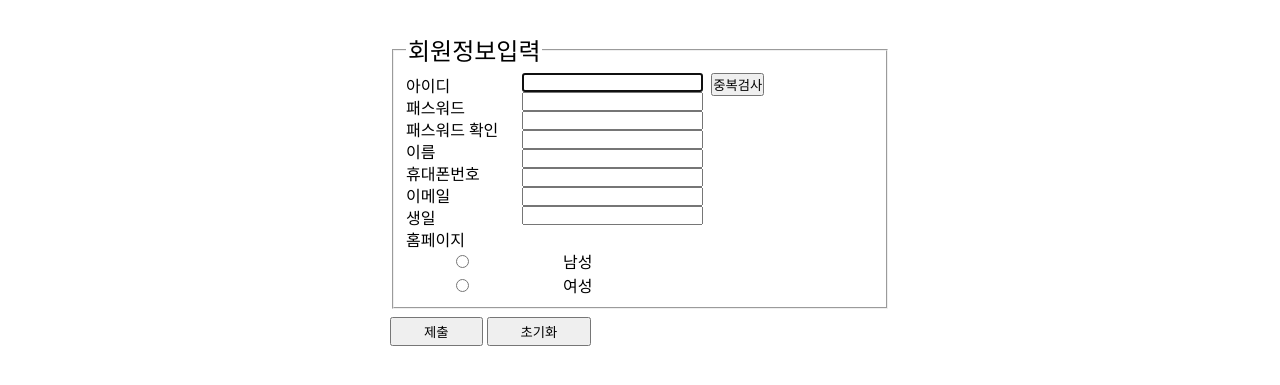
Repository: saysang22/servlet
Page: http://localhost/BookMarket/validationExample.jsp
The author's editor kept a copy of each file at every save. The page is drawn from the files as they stood at one save, then again after the next save.
The browser window is 1280 px wide. The pictures show the whole page.
The page is served by Tomcat 10. Other server files are loaded and not shown.

Above is the page before, as saved 2024-05-31 08:14:43.

### BookMarket/src/main/webapp/validationExample.jsp
<%@ page language="java" contentType="text/html; charset=UTF-8"
    pageEncoding="UTF-8"%>
<!DOCTYPE html>
<html>
<head>
<meta charset="UTF-8">
<title>유효성 검사</title>
<link rel="stylesheet" href="./resources/css/validationExample.css"></link>
</head>
<body onload="signUp.id.focus()">
	<form method="post" action="#" name="signUp">
		<fieldset>
			<legend>회원정보입력</legend>
			<div class="wrap">
				<ul class="firstUl">
					<li><label for="id">아이디</label></li>
					<li><label for="passwd">패스워드</label></li>
					<li><label for="passwdCk">패스워드 확인</label></li>
					<li><label for="name">이름</label></li>
					<li><label for="tel">휴대폰번호</label></li>
					<li><label for="email">이메일</label></li>
					<li><label for="birth">생일</label></li>
					<li><label for="home">홈페이지</label></li>
				</ul>
				<ul class="lastUl">
					<li><input type="text" name="id" id="id"></li>
					<li><input type="text" name="passwd" id="passwd"></li>
					<li><input type="text" name ="passwdCk" id="passwdCk"></li>
					<li><input type="text" name="name" id="name"></li>
					<li><input type="text" name="tel" id="tel"></li>
					<li><input type="text" name="email" id="email"></li>
					<li><input type="text" name="birth" id="birth"></li>
					<li><input type="text" name="home" id="home"></li>
				</ul>
				<div class="idCkWrap">
					<input type="button" value="중복검사">
				</div>
			</div>
			<div class="radioWrap">
				<ul>
					<li>
						<input type="radio" name="gender" id="man" >
						<label for="man" class="label">남성</label>
					</li>
					<li>
						<input type="radio" name="gender" id="woman">
						<label for="woman" class="label">여성</label>
					</li>
				</ul>
			</div>
		</fieldset>
		<div class="buttonWrap">
			<input type="button" value="제출">
			<input type="reset" value="초기화">
		</div>
	</form>
</body>
</html>

### BookMarket/src/main/webapp/resources/css/validationExample.css
@charset "UTF-8";

form {
	width: 500px;
	margin: 2rem auto 0;
}

legend {
	font-size: 1.5rem;
}

input,
lable {
	padding: 0;
	margin: 0;
}

ul {
	list-style: none;
	padding: 0;
	margin: 0;

}

.wrap {
	display: flex;

}

.firstUl li{
	height: 22px;

}

.lastUl {
	margin: 0 0 0 1.5rem;
}

.idCkWrap {
	margin: 0 0 0 .5rem;

}

.radioWrap ul {
	display: flex;
	flex-direction: column;
	margin: 0 0 0 50px;
	width: 150px;

}

.label {
	margin: 0 0 0 90px
}

.buttonWrap {
	margin: .5rem 0 0 0;
}

.buttonWrap input {
	padding: .2rem 2rem;
}

After the next save:
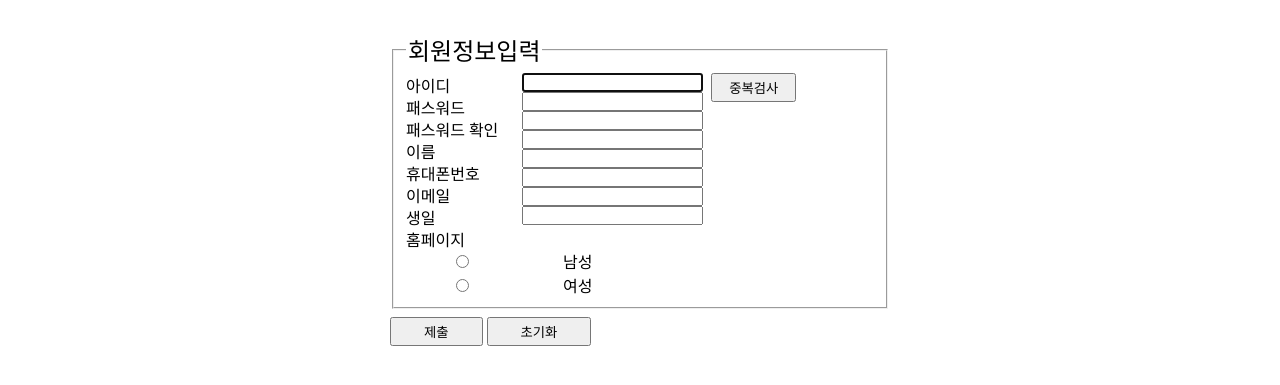
Saved 44 s later.
--- a/BookMarket/src/main/webapp/resources/css/validationExample.css
+++ b/BookMarket/src/main/webapp/resources/css/validationExample.css
@@ -41,6 +41,10 @@ ul {
 
 }
 
+.idCkWrap input {
+	padding: .2rem 1rem;
+}
+
 .radioWrap ul {
 	display: flex;
 	flex-direction: column;
